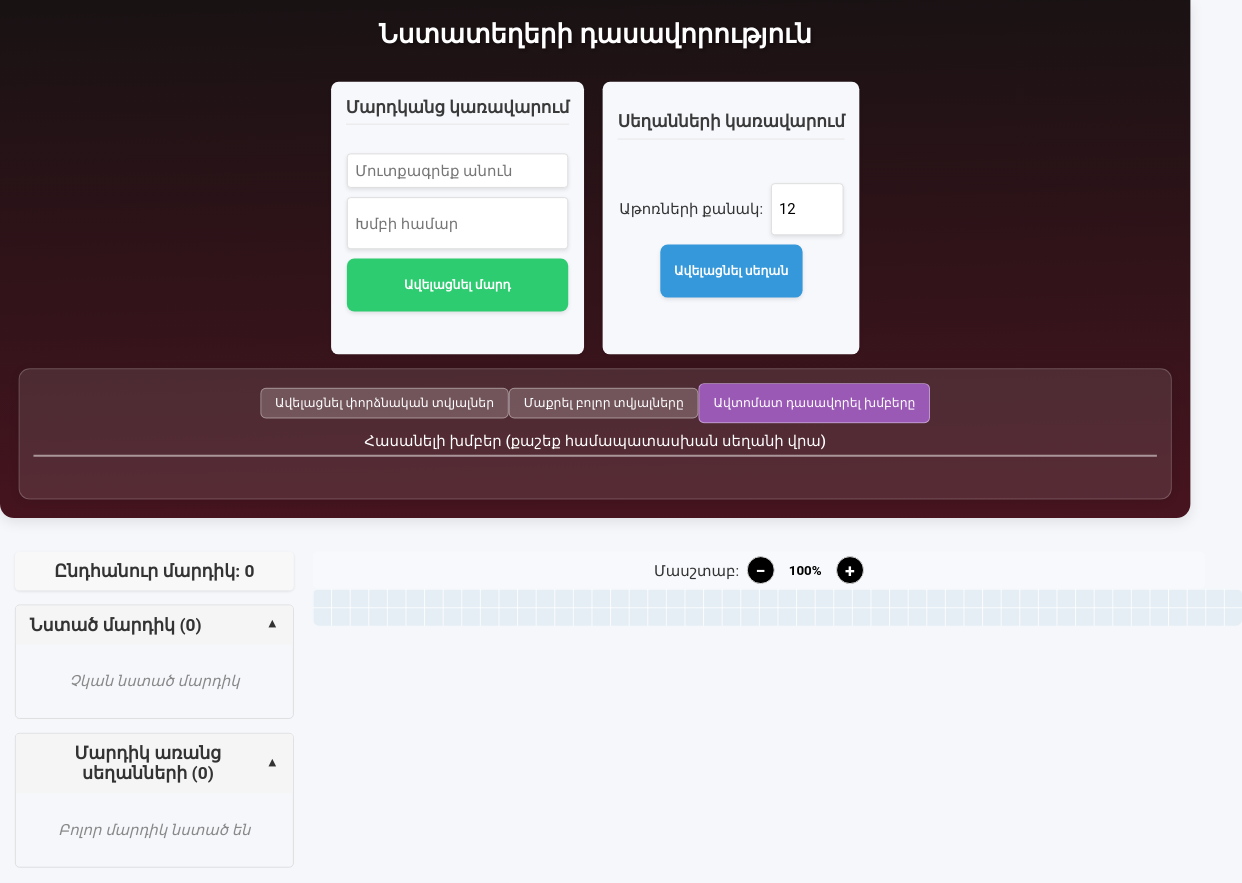
Repository: Vahan-23/Table-V2
Page: /
These files come from the project's save history. The page is drawn as it stood at one moment and after a run of saves; the edit follows.
The browser window is 1280 px wide. The page is 1336 px wide, so the pictures cover 1336 px, including what lies to the right of the window. The pictures show the whole page, at 93% of full size.
The project was rebuilt for these pictures with package versions that can differ from the ones it lists, and the page was loaded fresh each time.

Above is the page before, as saved 2025-03-03 12:13:27.

### src/component/App.css
/* Modern styles for the Seating Arrangement app */

* {
  margin: 0;
  padding: 0;
  font-family: 'Roboto', 'Segoe UI', Arial, sans-serif;
}

body {
  background-color: #f5f7fb;
  color: #333;
}

.app-container {
  display: flex;
  flex-direction: column;
  min-height: 100vh;
}

/* Header Styles */
.app-header {
  background: linear-gradient(179deg, #181213 0%, rgb(71 20 31) 100%);
  padding: 20px;
  border-radius: 0 0 15px 15px;
  box-shadow: 0 4px 15px rgba(0, 0, 0, 0.1);
  margin-bottom: 20px;
}

.header-content {
  display: flex;
  justify-content: space-between;
  align-items: center;
  max-width: 1600px;
  margin: 0 auto;
  width: 100%;
  flex-direction: column;
}

.logo {
  color: white;
  font-size: 28px;
  font-weight: bold;
  text-shadow: 2px 2px 4px rgba(0, 0, 0, 0.3);
  margin-bottom: 15px;
}

.header-controls {
  background: rgba(255, 255, 255, 0.15);
  backdrop-filter: blur(10px);
  padding: 15px;
  border-radius: 12px;
  box-shadow: inset 0 1px 1px rgba(255, 255, 255, 0.1), 0 1px 2px rgba(0, 0, 0, 0.1);
  display: flex;
  width: 80%;
}

.control-group {
  display: flex;
  flex-wrap: wrap;
  gap: 1rem;
  width: 100%;
}

.input-group {
  display: flex;
  gap: 10px;
  margin-bottom: 15px;
  align-items: center;
  justify-content: center;
}

.input-field {
  flex: 1;
  padding: 10px 15px;
  border-radius: 8px;
  border: none;
  font-size: 16px;
  box-shadow: 0 2px 5px rgba(0, 0, 0, 0.1);
}

.input-group input,
.table-controls input {
  height: 38px;
  padding: 0.5rem;
  border: 1px solid #ddd;
  border-radius: 4px;
  outline: none;
  transition: border-color 0.2s;
}

.input-group input:focus,
.table-controls input:focus {
  border-color: #2563eb;
}

.group-input-container {
  position: relative;
  flex: 1;
}

.group-dropdown {
  position: absolute;
  top: 100%;
  left: 0;
  width: 100%;
  max-height: 200px;
  overflow-y: auto;
  z-index: 10;
  background-color: white;
  border: none;
  border-radius: 8px;
  box-shadow: 0 4px 12px rgba(0, 0, 0, 0.15);
  margin-top: 5px;
}

.dropdown-item {
  padding: 10px 15px;
  cursor: pointer;
  border-bottom: 1px solid #eee;
  transition: background-color 0.2s;
}

.dropdown-item:hover {
  background-color: #f5f5f5;
}

.dropdown-item-new {
  padding: 10px 15px;
  cursor: pointer;
  background-color: #f0f0f0;
  font-style: italic;
  border-radius: 0 0 8px 8px;
  z-index: 2;
}

.dropdown-empty {
  padding: 10px 15px;
  color: #666;
}

button {
  cursor: pointer;
  border: none;
  border-radius: 4px;
  padding: 0.5rem 1rem;
  font-weight: 500;
  transition: all 0.2s;
}

.primary-btn {
  background-color: #2563eb;
  color: white;
  border: none;
  border-radius: 8px;
  font-weight: bold;
  cursor: pointer;
  box-shadow: 0 2px 5px rgba(0, 0, 0, 0.1);
  transition: transform 0.2s, background-color 0.2s;
}

.primary-btn:hover {
  background-color: #1d4ed8;
}

.add-person-btn {
  /* margin-left: 30px; */
  padding: 21px 20px;
  background-color: #2ecc71;
  color: white;
}

.add-person-btn:hover {
  background-color: #27ae60;
  transform: translateY(-2px);
}

.secondary-btn {
  padding: 8px 15px;
  background-color: rgba(255, 255, 255, 0.2);
  color: white;
  border: 1px solid rgba(255, 255, 255, 0.4);
  border-radius: 6px;
  cursor: pointer;
  transition: background-color 0.2s;
}

.secondary-btn:hover {
  background-color: rgba(255, 255, 255, 0.3);
}

.table-controls {
  display: flex;
  align-items: center;
  gap: 10px;
  margin-bottom: 15px;
  flex-direction: column;
}

.chair-count-input {
  width: 120px;
  padding: 10px 15px;
  border-radius: 8px;
  border: none;
  font-size: 16px;
  box-shadow: 0 2px 5px rgba(0, 0, 0, 0.1);
}

.add-table-btn {
  flex: 1;
  padding: 21px 15px;
  background-color: #3498db;
  color: white;
}

.add-table-btn:hover {
  background-color: #2980b9;
  transform: translateY(-2px);
}

.create-all-tables-btn {
  flex: 2;
  padding: 13px 15px;
  background-color: #9b59b6;
  color: white;
}

.create-all-tables-btn:hover {
  background-color: #8e44ad;
  transform: translateY(-2px);
}

/* Bottom controls section */
.bottom-controls {
  display: flex;
  justify-content: space-between;
  align-items: center;
}

/* Save controls */
.save-controls {
  display: flex;
  align-items: center;
  gap: 0.5rem;
}

/* Zoom controls */
.zoom-controls {
  display: flex;
  align-items: center;
  gap: 8px;
  background-color: rgba(255, 255, 255, 0.2);
  padding: 5px 10px;
  border-radius: 6px;
  justify-content: center;
}

.zoom-btn {
  width: 30px;
  height: 30px;
  border-radius: 50%;
  border: none;
  background-color: rgba(255, 255, 255, 0.3);
  color: white;
  font-size: 18px;
  font-weight: bold;
  cursor: pointer;
  display: flex;
  justify-content: center;
  align-items: center;
}

.zoom-controls button {
  width: 30px;
  height: 30px;
  display: flex;
  align-items: center;
  justify-content: center;
  background-color: #000000;
  border-radius: 50%;
  font-size: 1.2rem;
  padding: 0;
}

.zoom-controls span {
  font-size: 0.9rem;
  min-width: 50px;
  text-align: center;
}

.zoom-percentage {
  color: rgb(0, 0, 0);
  font-weight: bold;
}

/* Groups Container */
.groups-container {
  background-color: rgba(255, 255, 255, 0.1);
  border-radius: 12px;
  padding: 15px;
  margin-top: 15px;
  box-shadow: 0 2px 10px rgba(0, 0, 0, 0.1);
  border: 1px solid rgba(255, 255, 255, 0.2);
}

.groups-header {
  display: flex;
  flex-direction: column;
  gap: 10px;
}

.groups-header h3 {
  color: #ffffff;
  font-size: 1rem;
  font-weight: 500;
}

.groups-title {
  margin: 0 0 10px 0;
  font-size: 20px;
  color: white;
  font-weight: 600;
  border-bottom: 2px solid rgba(255, 255, 255, 0.5);
  padding-bottom: 5px;
  display: inline-block;
}

.groups-wrapper {
  display: flex;
  flex-wrap: nowrap;
  gap: 12px;
  overflow-x: auto;
  padding: 5px 0;
  max-height: 100px;
  max-width: 100%;
  scrollbar-width: thin;
  scrollbar-color: rgba(255, 255, 255, 0.5) transparent;
}

.groups-wrapper::-webkit-scrollbar {
  height: 6px;
  width: 6px;
}

.groups-wrapper::-webkit-scrollbar-track {
  background: #f1f1f1;
  border-radius: 10px;
}

.groups-wrapper::-webkit-scrollbar-thumb {
  background: #3498db;
  border-radius: 10px;
}

.groups-wrapper::-webkit-scrollbar-thumb:hover {
  background: #2980b9;
}

/* Main Content */
.main-content {
  display: flex;
  flex: 1;
  padding: 1rem;
  gap: 20px;
  max-width: 1600px;
  margin: 0 auto;
  width: 100%;
}

/* Sidebar */
.sidebar {
  width: 300px;
  flex-shrink: 0;
}

.unseated-people-list,
.people-list {
  background-color: white;
  border-radius: 8px;
  padding: 15px;
  margin-top: 20px;
  box-shadow: 0 2px 8px rgba(0, 0, 0, 0.1);
  margin-bottom: 1.5rem;
}

.unseated-people-list h3,
.people-list h3 {
  margin-top: 0;
  margin-bottom: 15px;
  color: #333;
  font-size: 18px;
  font-weight: 600;
  border-bottom: 1px solid #e5e7eb;
  padding-bottom: 0.5rem;
}

.unseated-people-grid,
.people-grid {
  display: grid;
  grid-template-columns: repeat(auto-fill, minmax(120px, 1fr));
  gap: 10px;
}

.unseated-person-card,
.person-card {
  position: relative;
  background-color: #f9f9f9;
  border-radius: 6px;
  padding: 10px;
  box-shadow: 0 1px 3px rgba(0, 0, 0, 0.1);
  font-size: 0.9rem;
  display: flex;
  justify-content: space-between;
  align-items: center;
}

.person-card {
  flex-direction: column;
  align-items: flex-start;
  gap: 0.25rem;
}

.person-name {
  display: block;
  font-weight: bold;
  font-size: 14px;
  margin-bottom: 4px;
}

.person-group {
  display: block;
  font-size: 12px;
  color: #666;
}

.group-tag {
  background-color: #e0e7ff;
  color: #4f46e5;
  border-radius: 4px;
  padding: 0.15rem 0.4rem;
  font-size: 0.75rem;
  font-weight: 500;
}

.delete-btn {
  position: absolute;
  top: 5px;
  right: 5px;
  width: 20px;
  height: 20px;
  border-radius: 50%;
  background-color: #e74c3c;
  color: white;
  border: none;
  display: flex;
  align-items: center;
  justify-content: center;
  font-size: 10px;
  cursor: pointer;
  opacity: 0.7;
  transition: opacity 0.2s;
}

.delete-btn:hover {
  background-color: #fee2e2;
  opacity: 1;
}

/* Tables Area */
.tables-area {
  background-image: linear-gradient(rgba(255, 255, 255, 0.8) 1px, transparent 1px),
    linear-gradient(90deg, rgba(255, 255, 255, 0.8) 1px, transparent 1px);
  background-size: 20px 20px;
  background-color: #e6eef5;
  flex: 1;
  min-height: 600px;
  border-radius: 8px;
  padding: 20px;
  position: relative;
  transform-origin: top left;
  display: flex;
  flex-wrap: wrap;
  gap: 2rem;
  align-content: flex-start;
  min-height: 70vh;
}

/* Table Styles */
.table-container {
  background-color: white;
  border-radius: 10px;
  box-shadow: 0 4px 12px rgba(0, 0, 0, 0.08);
  padding: 1rem;
  width: fit-content;
  margin-bottom: 20px;
  flex-shrink: 0;
}

.table-header {
  display: flex;
  justify-content: space-between;
  align-items: center;
  margin-bottom: 1rem;
}

.table-header h3 {
  font-size: 1rem;
  font-weight: 600;
  color: #374151;
}

.delete-table-btn {
  background-color: #fee2e2;
  color: #ef4444;
  font-size: 0.8rem;
  padding: 0.25rem 0.5rem;
}

.delete-table-btn:hover {
  background-color: #fecaca;
}

.table {
  margin: 20px;
  width: 200px;
  height: 200px;
  border: 50px solid #e7d8c7;
  border-radius: 50%;
  display: flex;
  justify-content: center;
  align-items: center;
  background-image: url('../../public/table.jpg');
  background-size: cover;
}

.table-top {
  position: relative;
  top: -15%;
  left: -15%;
}

.chair {
  position: absolute;
  width: 60px;
  height: 60px;
  background-size: cover;
  background-position: center;
  background-repeat: no-repeat;
  color: white;
  display: flex;
  justify-content: center;
  align-items: center;
  border-radius: 50%;
  font-size: 12px;
  text-align: center;
  cursor: pointer;
  transition: transform 0.2s ease, opacity 0.2s ease;
}

.chair:hover {
  transform: scale(1.1);
  opacity: 0.7;
}

/* New Table Dropzone */
.new-table-dropzone {
  width: 300px;
  height: 200px;
  border: 2px dashed #3498db;
  border-radius: 8px;
  display: flex;
  align-items: center;
  justify-content: center;
  background-color: rgba(52, 152, 219, 0.05);
  transition: all 0.3s;
  margin-bottom: 20px;
}

.new-table-dropzone.hovered {
  background-color: rgba(52, 152, 219, 0.47);
  border-color: #4f46e5;
}

.dropzone-content {
  display: flex;
  flex-direction: column;
  align-items: center;
  justify-content: center;
  text-align: center;
  padding: 20px;
  gap: 1rem;
}

.dropzone-icon {
  font-size: 32px;
  color: #3498db;
  margin-bottom: 10px;
}

.dropzone-text {
  font-size: 16px;
  font-weight: bold;
  color: #333;
}

/* Popup styles */
.popup-overlay {
  position: fixed;
  top: 0;
  left: 0;
  right: 0;
  bottom: 0;
  background-color: rgba(0, 0, 0, 0.5);
  display: flex;
  align-items: center;
  justify-content: center;
  z-index: 1000;
}

.popup {
  background-color: white;
  border-radius: 10px;
  padding: 1.5rem;
  min-width: 300px;
  max-width: 400px;
  max-height: 80vh;
  overflow-y: auto;
  box-shadow: 0 10px 25px rgba(0, 0, 0, 0.2);
}

.popup h3 {
  margin-bottom: 1rem;
  color: #374151;
}

.person-selection-list {
  list-style: none;
  margin-bottom: 1rem;
}

.person-selection-list li {
  padding: 0.75rem;
  border-radius: 6px;
  cursor: pointer;
  transition: background-color 0.2s;
}

.person-selection-list li:hover {
  background-color: #f3f4f6;
}

.close-btn {
  background-color: #e5e7eb;
  color: #4b5563;
  width: 100%;
  padding: 0.75rem;
  border-radius: 6px;
  margin-top: 1rem;
}

.close-btn:hover {
  background-color: #d1d5db;
}

/* Fullscreen popup styles */
.fullscreen-popup {
  position: fixed;
  top: 0;
  left: 0;
  width: 100%;
  height: 100%;
  background-color: rgba(0, 0, 0, 0.7);
  z-index: 1000;
  display: flex;
  justify-content: center;
  align-items: center;
}

.fullscreen-popup-overlay {
  position: absolute;
  top: 0;
  left: 0;
  width: 100%;
  height: 100%;
  background-color: rgba(0, 0, 0, 0.7);
  display: flex;
  justify-content: center;
  align-items: center;
}

.fullscreen-popup-content {
  background-color: white;
  border-radius: 8px;
  padding: 20px;
  max-width: 600px;
  width: 90%;
  max-height: 80vh;
  overflow-y: auto;
  box-shadow: 0 10px 25px rgba(0, 0, 0, 0.2);
}

.fullscreen-popup-content h3 {
  margin-top: 0;
  margin-bottom: 20px;
  text-align: center;
  font-size: 18px;
  color: #333;
}

.person-selection-grid {
  display: grid;
  grid-template-columns: repeat(auto-fill, minmax(180px, 1fr));
  gap: 15px;
  margin-bottom: 20px;
  max-height: 60vh;
  overflow-y: auto;
  padding: 10px;
  margin-top: 20px;
}

.person-selection-item {
  background-color: #f9f9f9;
  border: 1px solid #ddd;
  border-radius: 6px;
  padding: 12px;
  cursor: pointer;
  transition: all 0.2s ease;
  display: flex;
  flex-direction: column;
}

.person-selection-item:hover {
  background-color: #e8f4fd;
  transform: translateY(-2px);
  box-shadow: 0 4px 8px rgba(0, 0, 0, 0.1);
}

.person-selection-name {
  display: block;
  font-weight: bold;
  margin-bottom: 4px;
}

.person-selection-group {
  display: block;
  font-size: 12px;
  color: #666;
}

.no-people-message {
  text-align: center;
  padding: 20px;
  color: #666;
  grid-column: 1 / -1;
}

.close-popup-btn {
  display: block;
  margin: 0 auto;
  background-color: #3498db;
  color: white;
  border: none;
  border-radius: 4px;
  padding: 10px 20px;
  font-size: 16px;
  cursor: pointer;
  transition: background-color 0.2s ease;
}

.close-popup-btn:hover {
  background-color: #2980b9;
}

/* Remove person popup */
.remove-person-popup {
  text-align: center;
}

.popup-title {
  text-align: center;
  margin-bottom: 20px;
}

.person-info-card {
  background-color: #f9f9f9;
  padding: 15px;
  border-radius: 8px;
  margin-bottom: 20px;
  box-shadow: 0 2px 4px rgba(0, 0, 0, 0.1);
}

.person-info-name {
  text-align: center;
  font-size: 18px;
  margin: 0 0 10px 0;
  font-weight: bold;
}

.person-info-group {
  text-align: center;
  margin: 0;
  color: #666;
}

.confirmation-text {
  text-align: center;
  margin-bottom: 20px;
  color: #555;
}

.popup-buttons {
  display: flex;
  justify-content: center;
  gap: 15px;
}

.remove-btn {
  padding: 10px 20px;
  background-color: #e74c3c;
  color: white;
  border: none;
  border-radius: 4px;
  cursor: pointer;
  font-weight: bold;
}

.cancel-btn {
  padding: 10px 20px;
  background-color: #7f8c8d;
  color: white;
  border: none;
  border-radius: 4px;
  cursor: pointer;
}

/* Group card styles */
.group-card {
  flex: 0 0 auto;
  min-width: 100px;
  background-color: white;
  border-radius: 6px;
  padding: 8px 12px;
  box-shadow: 0 1px 3px rgba(0, 0, 0, 0.1);
  cursor: grab;
  transition: transform 0.2s, box-shadow 0.2s;
  border-left: 4px solid #3498db;
}

.group-card:hover {
  transform: translateY(-2px);
  box-shadow: 0 3px 6px rgba(0, 0, 0, 0.15);
}

.group-card.dragging {
  opacity: 0.5;
}

.group-name {
  font-weight: 600;
  font-size: 0.9rem;
  color: #2563eb;
  margin-bottom: 5px;
}

.group-count {
  font-size: 0.8rem;
  color: #6b7280;
  margin-top: 0.25rem;
}

/* Responsive adjustments */
@media (max-width: 992px) {
  .header-content {
    flex-direction: column;
    align-items: flex-start;
    gap: 1rem;
  }

  .header-controls {
    width: 100%;
  }

  .main-content {
    flex-direction: column;
  }

  .sidebar {
    width: 100%;
  }
}


.people-section {
  display: flex;
  flex-direction: column;
  gap: 15px;
}

.total-people-counter {
  background-color: #f8f8f8;
  padding: 10px;
  border-radius: 5px;
  text-align: center;
  box-shadow: 0 1px 3px rgba(0, 0, 0, 0.1);
}

.people-box {
  border: 1px solid #ddd;
  border-radius: 5px;
  overflow: hidden;
}

.people-header {
  display: flex;
  align-items: center;
  justify-content: space-between;
  padding: 10px 15px;
  background-color: #f5f5f5;
  cursor: pointer;
}

.people-header:hover {
  background-color: #e9e9e9;
}

.expand-arrow {
  font-size: 14px;
  transition: transform 0.3s ease;
}

.expand-arrow.expanded {
  transform: rotate(180deg);
}

.people-grid-container {
  max-height: 700px;
  overflow-y: auto;
}

.people-grid {
  display: grid;
  grid-template-columns: repeat(auto-fill, minmax(200px, 1fr));
  gap: 10px;
  padding: 10px;
}

.person-card {
  position: relative;
  padding: 10px;
  border-radius: 4px;
  box-shadow: 0 1px 3px rgba(0, 0, 0, 0.1);
  display: flex;
  flex-direction: column;
}

.person-card.seated {
  background-color: rgba(144, 238, 144, 0.2);
  border-left: 3px solid #4CAF50;
}

.person-card.unseated {
  background-color: rgba(255, 235, 205, 0.2);
  border-left: 3px solid #FFA500;
}

.person-name {
  font-weight: bold;
  margin-bottom: 4px;
}

.person-group {
  font-size: 12px;
  color: #666;
}

.delete-btn {
  position: absolute;
  top: 5px;
  right: 5px;
  width: 20px;
  height: 20px;
  border-radius: 50%;
  background-color: #ff6b6b;
  color: white;
  border: none;
  display: flex;
  align-items: center;
  justify-content: center;
  cursor: pointer;
  font-size: 10px;
}

.delete-btn:hover {
  background-color: #ff5252;
}

.empty-message {
  grid-column: 1 / -1;
  padding: 20px;
  text-align: center;
  color: #888;
  font-style: italic;
}

/* Scrollbar styling */
.people-grid-container::-webkit-scrollbar {
  width: 8px;
}

.people-grid-container::-webkit-scrollbar-track {
  background: #f1f1f1;
  border-radius: 4px;
}

.people-grid-container::-webkit-scrollbar-thumb {
  background: #888;
  border-radius: 4px;
}

.people-grid-container::-webkit-scrollbar-thumb:hover {
  background: #555;
}

/* Split header sections styling */
.header-sections {
  display: flex;
  width: 100%;
  gap: 20px;
  margin-top: 20px;
  justify-content: center;
}

.header-section {
  /* flex: 1 1; */
  display: flex;
  height: auto;
  background-color: #f7f8fc;
  border-radius: 8px;
  padding: 16px;
  box-shadow: 0 2px 5px rgba(0, 0, 0, 0.05);
  flex-direction: column;
  justify-content: space-around;
}

.section-main-title {
  color: #3a3a3a;
  margin-top: 0;
  margin-bottom: 16px;
  padding-bottom: 8px;
  border-bottom: 1px solid #e5e5e5;
  font-size: 18px;
}

/* People section specific */
.people-section .input-row {
  display: flex;
  gap: 10px;
  margin-bottom: 15px;
  flex-direction: column;
}

.people-section .data-management {
  margin-top: 20px;
}

/* Table section specific */
.tables-section .table-controls-row {
  display: flex;
  align-items: center;
  gap: 10px;
  margin-bottom: 15px;
  flex-direction: column;

}

.tables-section .chair-count-container {
  display: flex;
  align-items: center;
  gap: 8px;
}

.tables-section .chair-count-input {
  width: 60px;
}

.tables-section .zoom-controls {
  display: flex;
  align-items: center;
  margin-top: 20px;
  gap: 10px;
}

.zoom-buttons {
  display: flex;
  align-items: center;
}

.zoom-btn {
  width: 30px;
  height: 30px;
  display: flex;
  align-items: center;
  justify-content: center;
  border-radius: 4px;
  background-color: #f0f0f0;
  border: 1px solid #ddd;
  cursor: pointer;
}

.zoom-percentage {
  margin: 0 8px;
  min-width: 50px;
  text-align: center;
}

Loaded but not shown: public/index.html (common file); src/index.js (common file); src/index.css (common file); src/reportWebVitals.js (common file); src/App.css (common file); src/App.js (12 lines, source omitted); src/component/SeatingArrangement.jsx (1044 lines, source omitted)

After the next 2 saves:
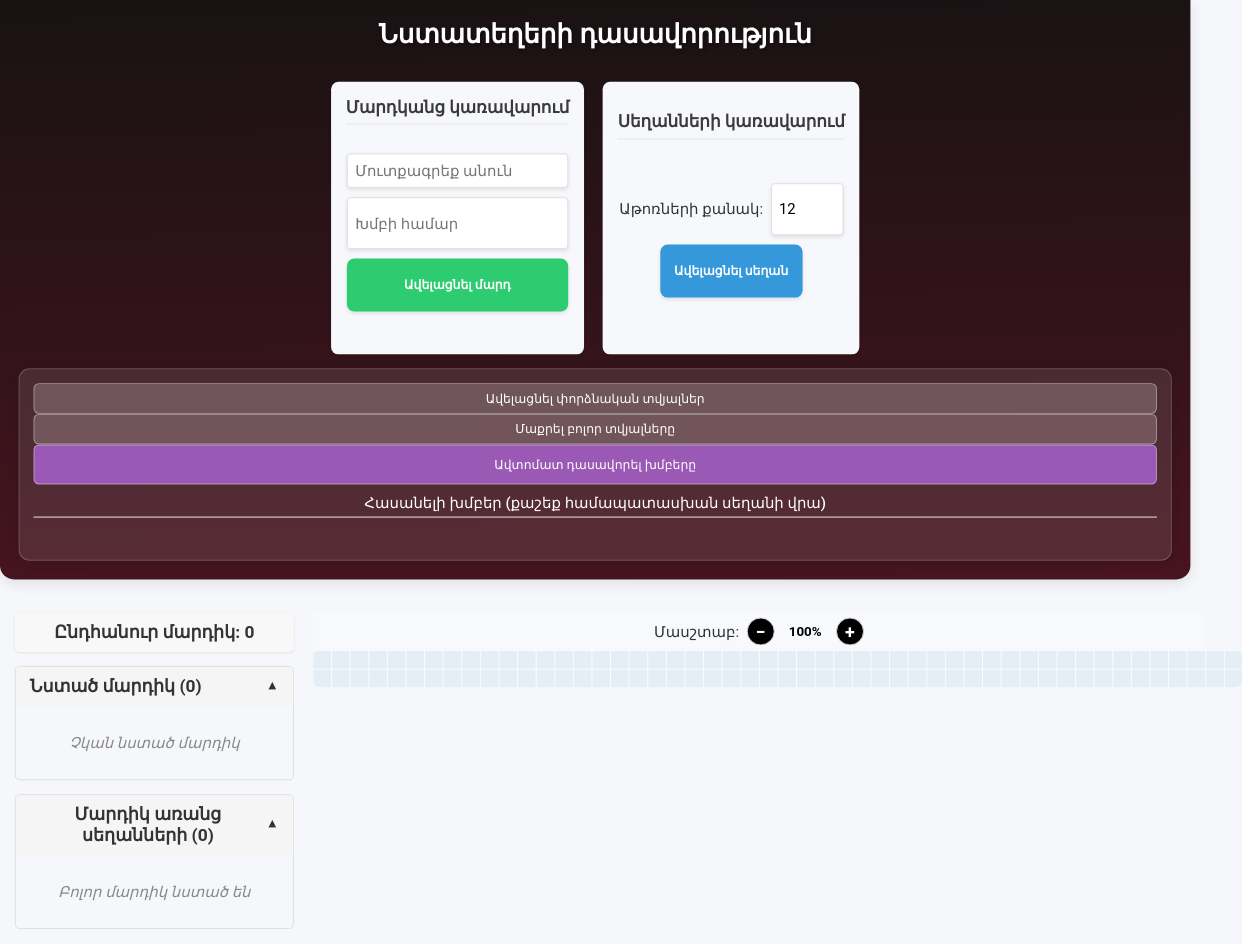
The 2 saves are shown as one change because they came seconds apart.
The last was saved 4 min 42 s later.
--- a/src/component/App.css
+++ b/src/component/App.css
@@ -1111,3 +1111,9 @@ button {
   min-width: 50px;
   text-align: center;
 }
+
+.data-buttons {
+  display: flex;
+  flex-direction: column;
+  align-items: stretch;
+}
